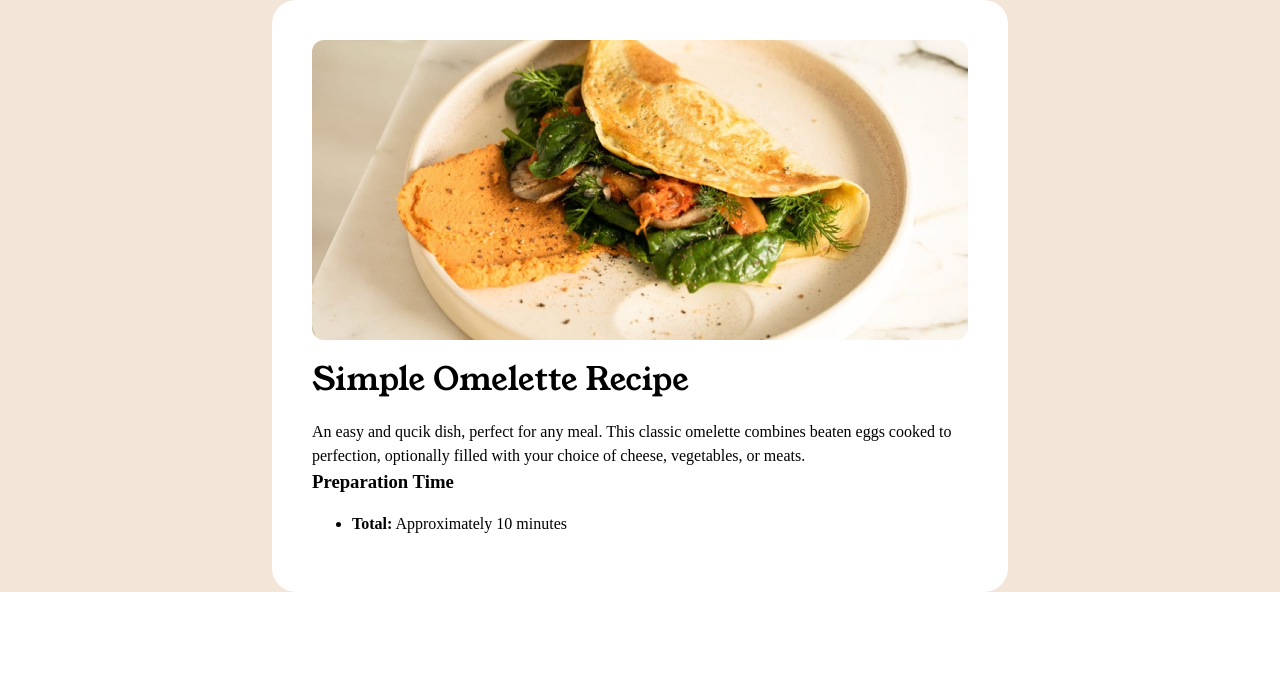
Repository: brandontaylor1/recipe-page
Page: index.html
The author's editor kept a copy of each file at every save. The page is drawn from the files as they stood at one save, then again after the next save.
The browser window is 1280 px wide. The pictures show the whole page.

Above is the page before, as saved 2024-12-28 21:51:11.

### index.html
<!DOCTYPE html>
<html lang="en">
<head>
    <meta charset="UTF-8">
    <meta name="viewport" content="width=device-width, initial-scale=1.0">
    <link rel="preconnect" href="https://fonts.googleapis.com">
    <link rel="preconnect" href="https://fonts.gstatic.com" crossorigin>
    <link href="https://fonts.googleapis.com/css2?family=Outfit:wght@100..900&family=Young+Serif&display=swap" rel="stylesheet">
    <link rel="stylesheet" href="styles.css">
    <title>Recipe Page</title>
</head>
<body>
    <main class="container">
        <div class="recipe-card">
            <div class="recipe-title-content">
                <img src="./assets/images/image-omelette.jpeg" alt="recipe-image">
                <h1>Simple Omelette Recipe</h1>
                <p>An easy and qucik dish, perfect for any meal. This classic omelette combines beaten eggs cooked to perfection, optionally filled with your choice of cheese, vegetables, or meats. </p>
            </div>
            <div class="preparation-container">
                <h3>Preparation Time</h3>
                <ul class="preparation-time">
                    <li><strong>Total:</strong> Approximately 10 minutes</li>
                </ul>
            </div>
        </div>


    </main>



    <script src="index.js"></script>
</body>
</html>

### styles.css
*,
*::before,
*::after {
    box-sizing: border-box;
}

body,
h1,
h2,
h3,
h4,
h5,
h6,
p,
figure,
picture {
    margin: 0;
}

body {
    line-height: 1.5;
    min-height: 100vh;
}

img,
picture {
    max-width: 100%;
    display: block;
}

input,
button,
textarea,
select {
    font: inherit;
}

@media (prefers-reduced-motion: reduce) {
    *,
    *::before,
    *::after {
      animation-duration: 0.01ms !important;
      animation-iteration-count: 1 !important;
      transition-duration: 0.01ms !important;
      scroll-behavior: auto !important;
    }
  }

  /* UTILITY CLASSES */
  /* .flex{
    display: flex;
    gap: var(--gap, 1rem);
  }

  .grid {
    display: grid;
    gap: var(--gap, 1rem);
  }

  .container {
    padding: 0 2rem;
    margin: 0 auto;
    max-width: 80rem;
  }

  .sr-only {
    position: absolute;
    width: 1px;
    height: 1px;
    padding: 0;
    margin: -1px;
    overflow: hidden;
    clip: rect(0, 0, 0, 0);
    white-space: nowrap;
    border-width: 0;
  }

  .backgroundColor {
    background-color: var(--color-rose-50);
  } */




:root {
    /* COLORS */
    --color-rose-800: #7A284E;
    --color-rose-50: #FFF7FB;

    --color-stone-900: #312E2C;
    --color-stone-600: #5F564D;
    --color-stone-150: #E3DDD7;
    --color-stone-100: #F3E5D7;

    --color-brown-800: #854632;

    --color-white: #FFFFFF;
    --color-black: #000000;

    /* FONTS */
    /* @font-face {
        font-family: "YoungSerif-Regular", sans-serif;
        src: url(./fonts/YoungSerif-Regular.ttf) format('ttf');
    }

    @font-face {
        font-family: "Outfit-SemiBold", sans-serif;
        src: url(./fonts/Outfit-SemiBold.ttf) format('ttf');
    }

    @font-face {
        font-family: "Outfit-Bold", sans-serif;
        src: url(./fonts/Outfit-Bold.ttf) format('ttf');
    }

    @font-face {
        font-family: "Outfit-Regular", sans-serif;
        src: url(./fonts/Outfit-Regular.ttf) format('ttf');
    } */

    /* FONT SIZES */
    /* --fs-h1: 9.375rem;
    --fs-h2: 1.75rem;
    --fs-h3: 1.25rem;
    --fs-p: 1rem; */

}

.container {
    display: flex;
    flex-direction: column;
    align-items: center;
    justify-content: center;
    padding: 0 2rem;
    margin: 0 auto;
    max-width: 80rem;
    background-color: var(--color-stone-100);

}

.recipe-card {
    width: 736px;
    padding: 40px;
    background-color: var(--color-white);
    border-radius: 24px;

}

.recipe-card img {
    width: 100%;
    border-radius: 12px;
}

.recipe-card h1 {
    padding: 1rem 0;
    font-family: "Young Serif", sans-serif;
    font-weight: 200;
}

.receipt

Loaded but not shown: index.js (common file)

After the next save:
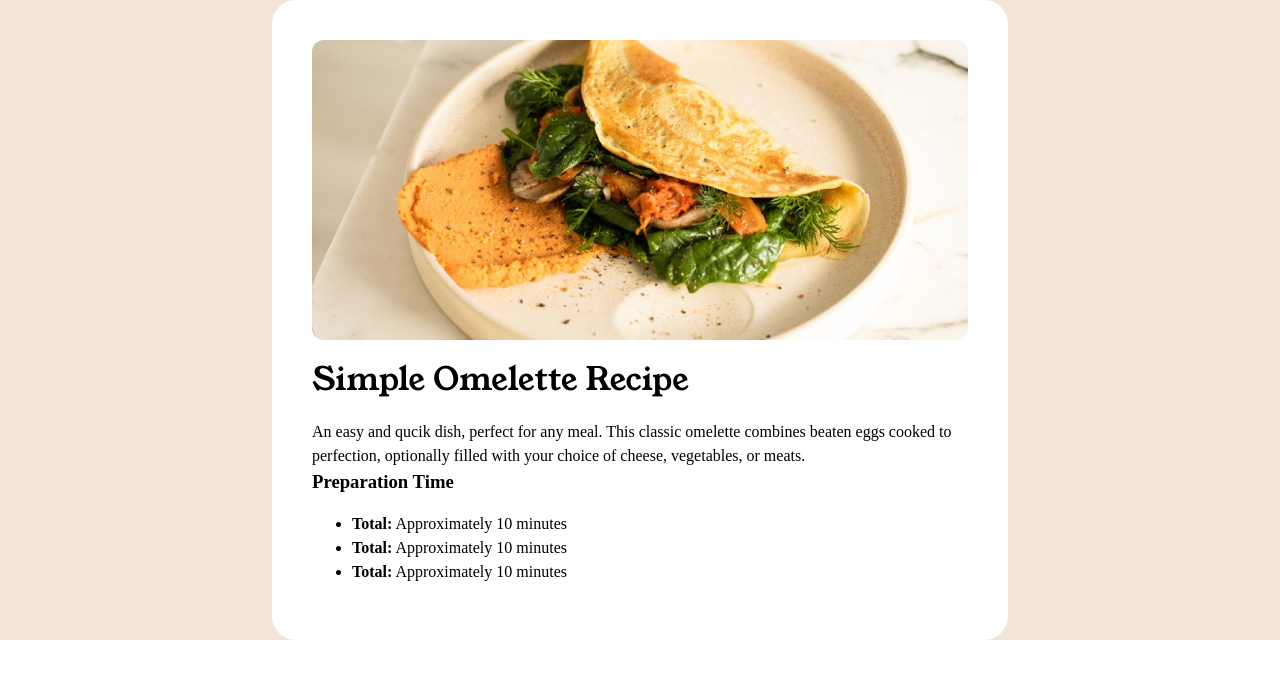
Saved 12 s later.
--- a/index.html
+++ b/index.html
@@ -21,6 +21,8 @@
                 <h3>Preparation Time</h3>
                 <ul class="preparation-time">
                     <li><strong>Total:</strong> Approximately 10 minutes</li>
+                    <li><strong>Total:</strong> Approximately 10 minutes</li>
+                    <li><strong>Total:</strong> Approximately 10 minutes</li>
                 </ul>
             </div>
         </div>
